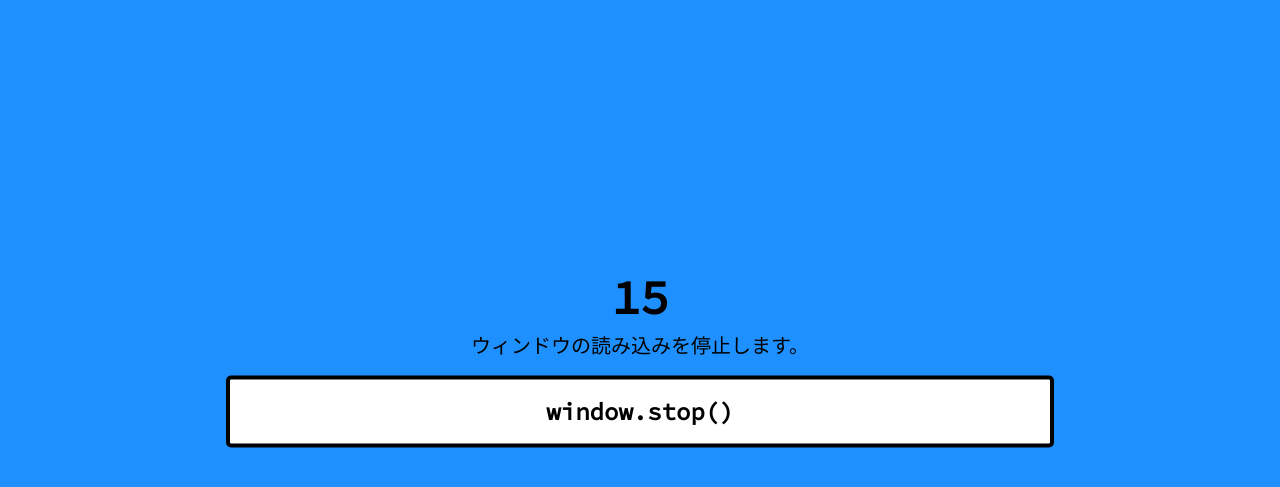
Repository: kenta7255/typing-game
Page: index.html
An editor plug-in stored every save of this project. The page is shown before and after the next save, followed by the edit.
The browser window is 1280 px wide. The pictures show the whole page.
After loading, the first visible `#start` was clicked once.
Some web fonts or font styles are not loaded; a fallback is used. The style sheet was rebuilt from its Sass, Less or Tailwind sources for each picture, by a compiler version that may differ from the author's.

Above is the page before, as saved 2021-04-12 14:19:05.

After the next save:
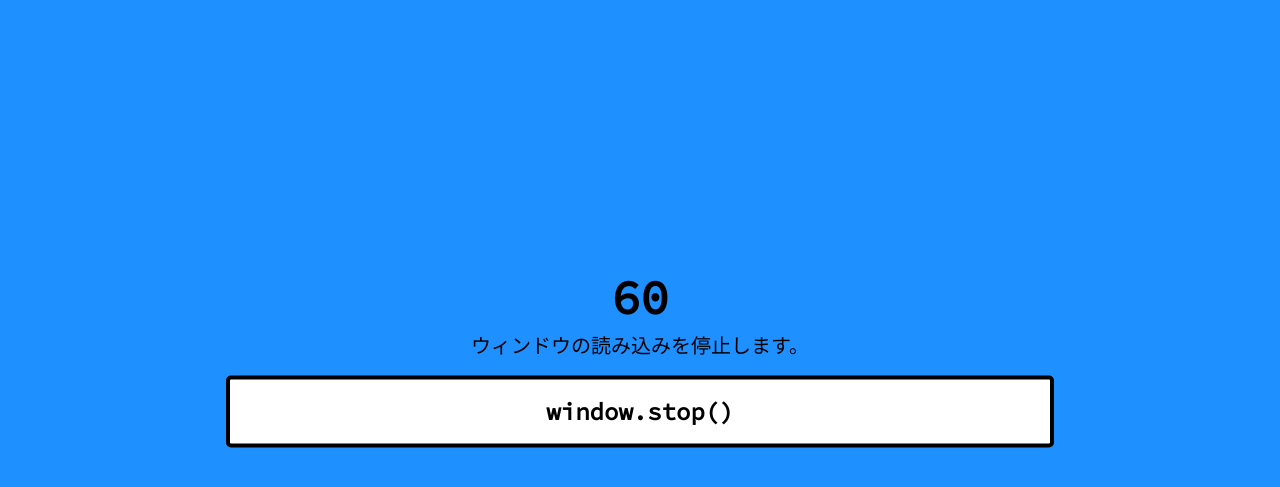
Saved 5 h 51 min later.
--- a/script.js
+++ b/script.js
@@ -125,7 +125,7 @@ const gameOver = id => {
 
 // タイマー
 const timer = () => {
-  let time = 15;
+  let time = 60;
   const id = setInterval(() => {
     if (time <= 5) {
       count.style.color = 'red';
